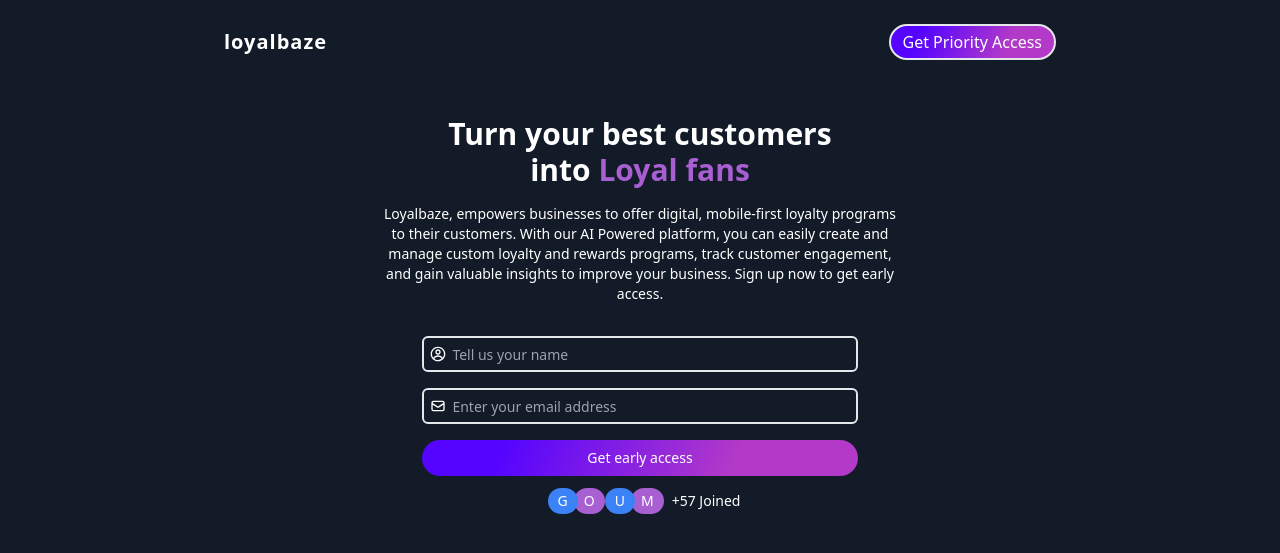
Repository: Jerified/loyalbaze
Page: /
The author's editor kept a copy of each file at every save. The page is drawn from the files as they stood at one save, then again after the next save.
The browser window is 1280 px wide. The pictures show the whole page.
The project was rebuilt for these pictures with package versions that can differ from the ones it lists, and the page was loaded fresh each time. The framework's server and built-in components were replaced by stand-ins that run in the browser. Also part of the build but not shown: next.config.js.

Above is the page before, as saved 2023-02-10 23:19:30.

### src/app/layout.tsx
import Header from '@/components/Header'

import './globals.css'
import Providers from './Providers';

export default function RootLayout({
  children,
}: {
  children: React.ReactNode
}) {
  return (
    <html lang="en">
      <head />
      <body>
          <Header />
          {children}
      </body>
    </html>
  );
}

### src/app/page.tsx
import Contents from "@/components/Contents";


export default async function Home() {

  return  (
  <main className='max-w-6xl mx-auto px-8'>
    <Contents />
  </main>
  )
}

### src/components/Header.tsx

import { AiFillHome } from "react-icons/ai";
import { BsFillInfoCircleFill } from "react-icons/bs";
import Link from "next/link";

export default function Header() {
  return (
    <div className="flex justify-between px-8 max-w-4xl sm:mx-auto items-center py-6">
      <div className="text-xl font-semibold tracking-wider ">loyalbaze</div>
      <button className="border-2 px-3 py-1 rounded-full bg-[linear-gradient(112.92deg,_#5404FF_18.35%,rgba(189,_59,_210,_0.94)_71.49%)]">
        Get Priority Access
      </button>
    </div>
  );
}

### src/app/globals.css
@tailwind base;
@tailwind components;
@tailwind utilities;

body{
  background-color: #121B27;
  color: white
}

### src/components/Contents.tsx
import React from 'react'
import {CgProfile} from 'react-icons/cg'
import { HiOutlineMail } from "react-icons/hi";

const Contents = () => {
  return (
    <div className="pt-8  pb-16">
      <h1 className="font-bold text-center text-3xl max-w-sm mx-auto ">
        Turn your best customers into{" "}
        <span className="text-[#A75FD2] ">Loyal fans</span>
      </h1>
      <p className="text-center pt-4 max-w-[22rem] md:max-w-lg mx-auto text-sm ">
        Loyalbaze, empowers businesses to offer digital, mobile-first loyalty
        programs to their customers. With our AI Powered platform, you can
        easily create and manage custom loyalty and rewards programs, track
        customer engagement, and gain valuable insights to improve your
        business. Sign up now to get early access.
      </p>
      <form action="" className="pt-8 grid place-items-center gap-4 pb-3">
        <div className="w-[80%] md:w-[60%] lg:w-[40%] relative flex items-center">
          <input
            type="text"
            className=" bg-inherit border-2 w-full rounded-md py-1 px-2 pl-7 placeholder:text-[14px] "
            placeholder="Tell us your name"
          />
          <CgProfile className="absolute left-2 top-[50%] -translate-y-[50%]" />
        </div>
        <div className="w-[80%] md:w-[60%] lg:w-[40%] relative flex items-center">
          <input
            type="text"
            className=" bg-inherit border-2 w-full rounded-md py-1 px-2 pl-7 placeholder:text-[14px] placeholder:pt-[-1px] "
            placeholder="Enter your email address"
          />
          <HiOutlineMail className="absolute left-2 top-[50%] -translate-y-[50%]" />
        </div>
        <button className="text-sm bg-[linear-gradient(112.92deg,_#5404FF_18.35%,rgba(189,_59,_210,_0.94)_71.49%)] rounded-full w-[80%] md:w-[60%] lg:w-[40%] py-2">
          Get early access
        </button>
      </form>
      <div className="flex relative text-sm justify-center items-center">
          <p className="bg-blue-500 rounded-full w-fit px-[10px] py-[3px] relative  left-2 z-10">
            G
          </p>
          <p className="bg-[#A75FD2] rounded-full w-fit px-[10px] py-[3px] relative left-1">
            O
          </p>
          <p className="bg-blue-500 rounded-full w-fit px-[10px] py-[3px] relative left-1">
            U
          </p>
          <p className="bg-[#A75FD2] rounded-full w-fit px-[10px] py-[3px]">
            M
          </p>
          <p className="pl-2 font-medium">+57 Joined</p>
      </div>
    </div>
  );
}

export default Contents

### tailwind.config.js
/** @type {import('tailwindcss').Config} */
module.exports = {
  content: ["./src/**/*.{html,js,jsx,ts,tsx}"],
  theme: {
    extend: {},
  },
  plugins: [],
  darkMoode:"class"
}

After the next save:
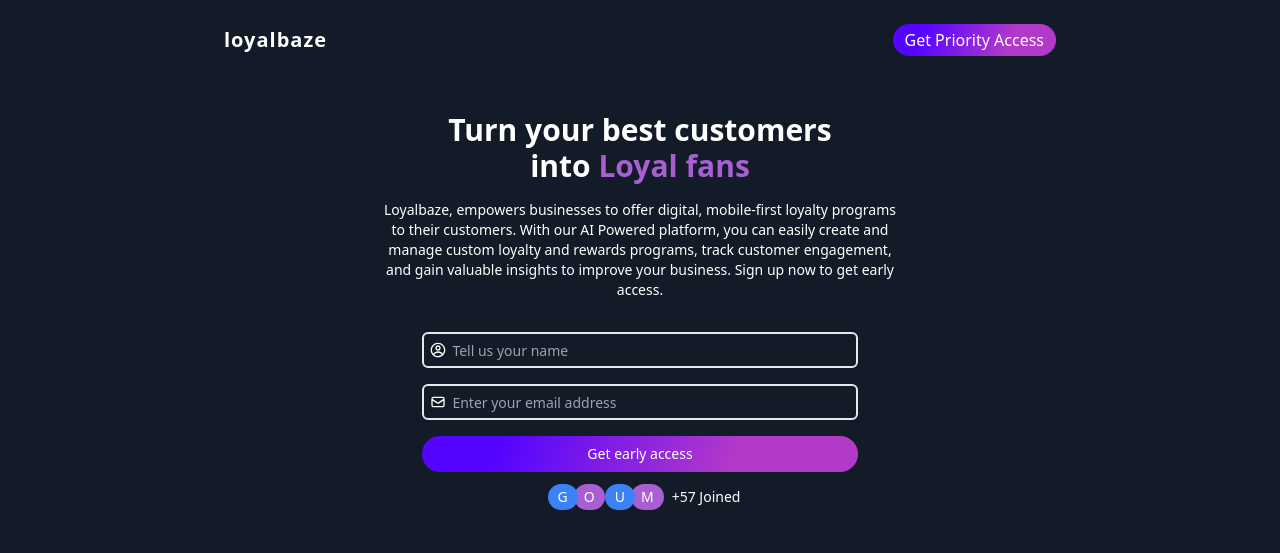
Saved 13 s later.
--- a/src/components/Header.tsx
+++ b/src/components/Header.tsx
@@ -7,7 +7,7 @@ export default function Header() {
   return (
     <div className="flex justify-between px-8 max-w-4xl sm:mx-auto items-center py-6">
       <div className="text-xl font-semibold tracking-wider ">loyalbaze</div>
-      <button className="border-2 px-3 py-1 rounded-full bg-[linear-gradient(112.92deg,_#5404FF_18.35%,rgba(189,_59,_210,_0.94)_71.49%)]">
+      <button className="borde px-3 py-1 rounded-full bg-[linear-gradient(112.92deg,_#5404FF_18.35%,rgba(189,_59,_210,_0.94)_71.49%)]">
         Get Priority Access
       </button>
     </div>
